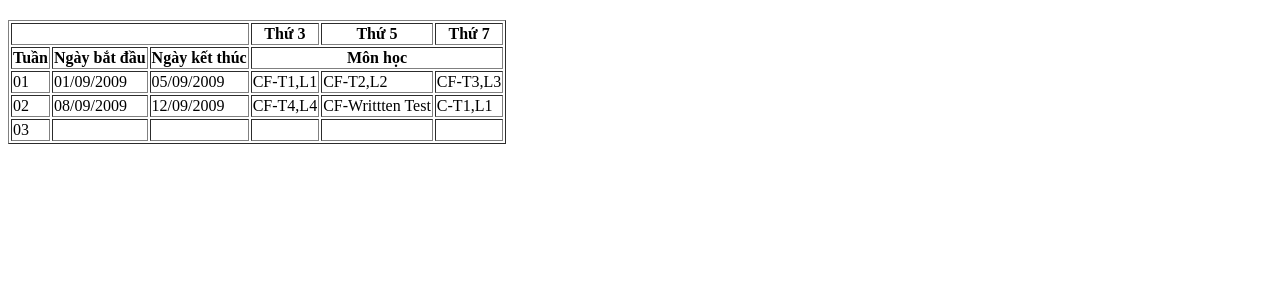
Repository: Lehuyhuynh/BT1-HTML
Page: index.html
The author's editor kept a copy of each file at every save. The page is drawn from the files as they stood at one save, then again after the next save.
The browser window is 1280 px wide. The pictures show the whole page.

Above is the page before, as saved 2023-08-06 21:12:37.

After the next save:
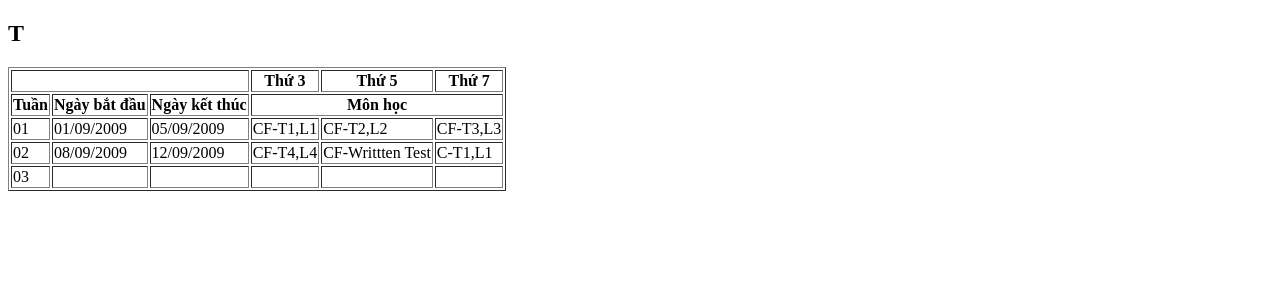
Saved 18 s later.
--- a/index.html
+++ b/index.html
@@ -8,7 +8,7 @@
 <body>
 
   <div>
-    <h2></h2>
+    <h2> T</h2>
   </div>
 
   <div>
